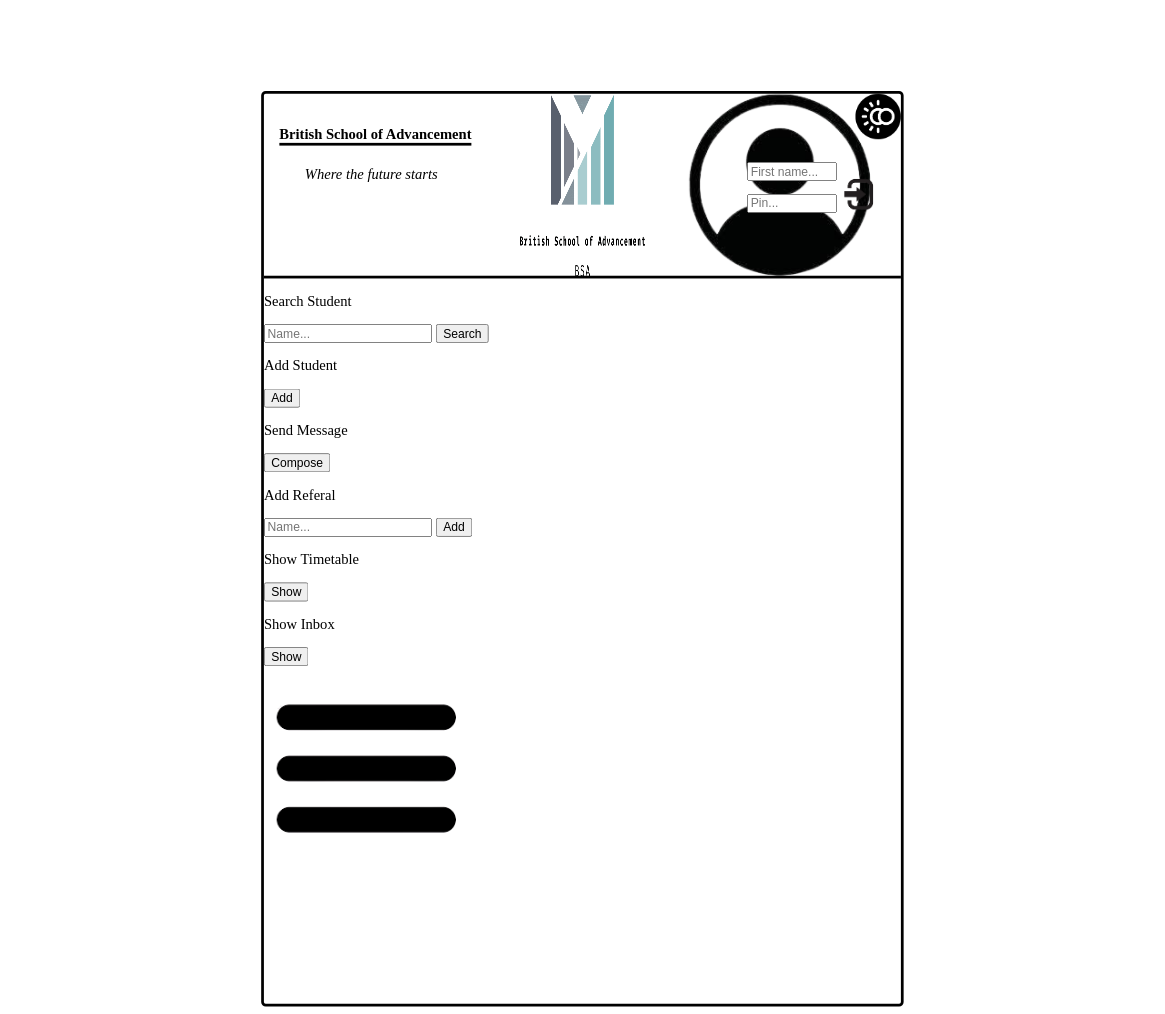
Repository: ghend99/Guardian-Application
Page: index.html
The author's editor kept a copy of each file at every save. The page is drawn from the files as they stood at one save, then again after the next save.
The browser window is 1280 px wide. The pictures show the whole page, at 91% of full size.

Above is the page before, as saved 2023-06-05 20:54:21.

### index.html
<!DOCTYPE html>
<html lang="en">
  <head>
    <meta charset="UTF-8" />
    <meta http-equiv="X-UA-Compatible" content="IE=edge" />
    <meta name="viewport" content="width=device-width, initial-scale=1.0" />
    <title>Document</title>
    <link rel="stylesheet" href="style.css" />
  </head>
  <body>
    <div id="main-container">
      <div id="header-container">
        <div id="header-container-left-section">
          <p id="header-school-name" class="page-headers">
            British School of Advancement
          </p>
          <p id="header-school-slogan" class="page-headers">
            Where the future starts
          </p>
        </div>
        <div id="header-container-middle-section">
          <img class="header-middle-section-logo" src="./images/logo.png" />
        </div>
        <div id="header-container-right-section">
          <input
            id="header-login-input-fullname"
            class="login-input-fullname login-input input"
            type="text"
            placeholder="First name..."
          />
          <input
            id="header-login-input-pin"
            class="login-input-pin login-input input"
            placeholder="Pin..."
            type="password"
          />
          <img
            id="header-login-button"
            class="login-button"
            src="./images/login-button.png"
          />
          <img class="header-dark-mode-toggle" src="./images/dark-mode.png" />
          <img class="login-modal-open" src="./images/login.png" />
        </div>
      </div>
      <div id="sidebar-container">
        <div id="sidebar-link-container1" class="sidebar-link-container">
          <p class="sidebar-link-header page-headers">Search Student</p>
          <input class="sidebar-input input" placeholder="Name..." />
          <button class="sidebar-search-button submit-button">Search</button>
        </div>
        <div id="sidebar-link-container2" class="sidebar-link-container">
          <p class="sidebar-link-header page-headers">Add Student</p>
          <button id="add-student" class="sidebar-search-button submit-button">
            Add
          </button>
        </div>
        <div id="sidebar-link-container3" class="sidebar-link-container">
          <p class="sidebar-link-header page-headers">Send Message</p>
          <button
            id="compose-message-open"
            class="sidebar-search-button submit-button"
          >
            Compose
          </button>
        </div>
        <div id="sidebar-link-container4" class="sidebar-link-container">
          <p class="sidebar-link-header page-headers">Add Referal</p>
          <input
            id="add-referal-fullname"
            class="sidebar-input input"
            placeholder="Name..."
          />
          <button id="add-referal" class="sidebar-search-button submit-button">
            Add
          </button>
        </div>
        <div id="sidebar-link-container5" class="sidebar-link-container">
          <p class="sidebar-link-header page-headers">Show Timetable</p>
          <button
            id="timetable-open"
            class="sidebar-search-button submit-button"
          >
            Show
          </button>
        </div>
        <div id="sidebar-link-container6" class="sidebar-link-container">
          <p class="sidebar-link-header page-headers">Show Inbox</p>
          <button id="inbox-open" class="sidebar-search-button submit-button">
            Show
          </button>
        </div>
      </div>

      <img class="sidebar-open" src="./images/menu.png" />
    </div>

    <script src="main.js"></script>
  </body>
</html>

### style.css
#main-container {
  position: relative;
  left: 50%;
  transform: translate(-50%);
  max-width: 50%;
  min-width: 700px;
  max-height: 1200px;
  min-height: 1000px;
  margin-top: 100px;
  border: solid;
  border-radius: 5px;
}

#header-container {
  display: grid;
  grid-template-columns: 1fr 1fr 1fr;
  grid-template-rows: 1fr;
  max-height: 200px;
  min-height: 150px;
  width: 100%;
  border-bottom: solid;
}

#header-school-name {
  position: absolute;
  top: 20px;
  left: 17px;
  font-size: clamp(1rem, 1vw, 2rem);
  font-weight: bold;
  border-bottom: solid;
}

#header-school-slogan {
  position: absolute;
  top: clamp(5%, 70px, 80px);
  left: clamp(45px, 5%, 70px);
  font-size: clamp(0.9rem, 1.5vw, 1rem);
  margin-top: 10px;
  font-style: italic;
}

#header-container-middle-section {
  display: flex;
  justify-content: center;
}

.header-middle-section-logo {
  width: 60%;
}

#header-login-input-fullname {
  position: absolute;
  top: 75px;
  width: 13%;
  right: 10%;
}

#header-login-input-pin {
  position: absolute;
  top: 110px;
  width: 13%;
  right: 10%;
}

#header-login-button {
  position: absolute;
  width: 50px;
  right: 3%;
  top: 85px;
}

.header-dark-mode-toggle {
  position: absolute;
  width: 50px;
  top: 0;
  right: 0;
  cursor: pointer;
}

Loaded but not shown: main.js (no stored copy; drawn as an empty file)

After the next save:
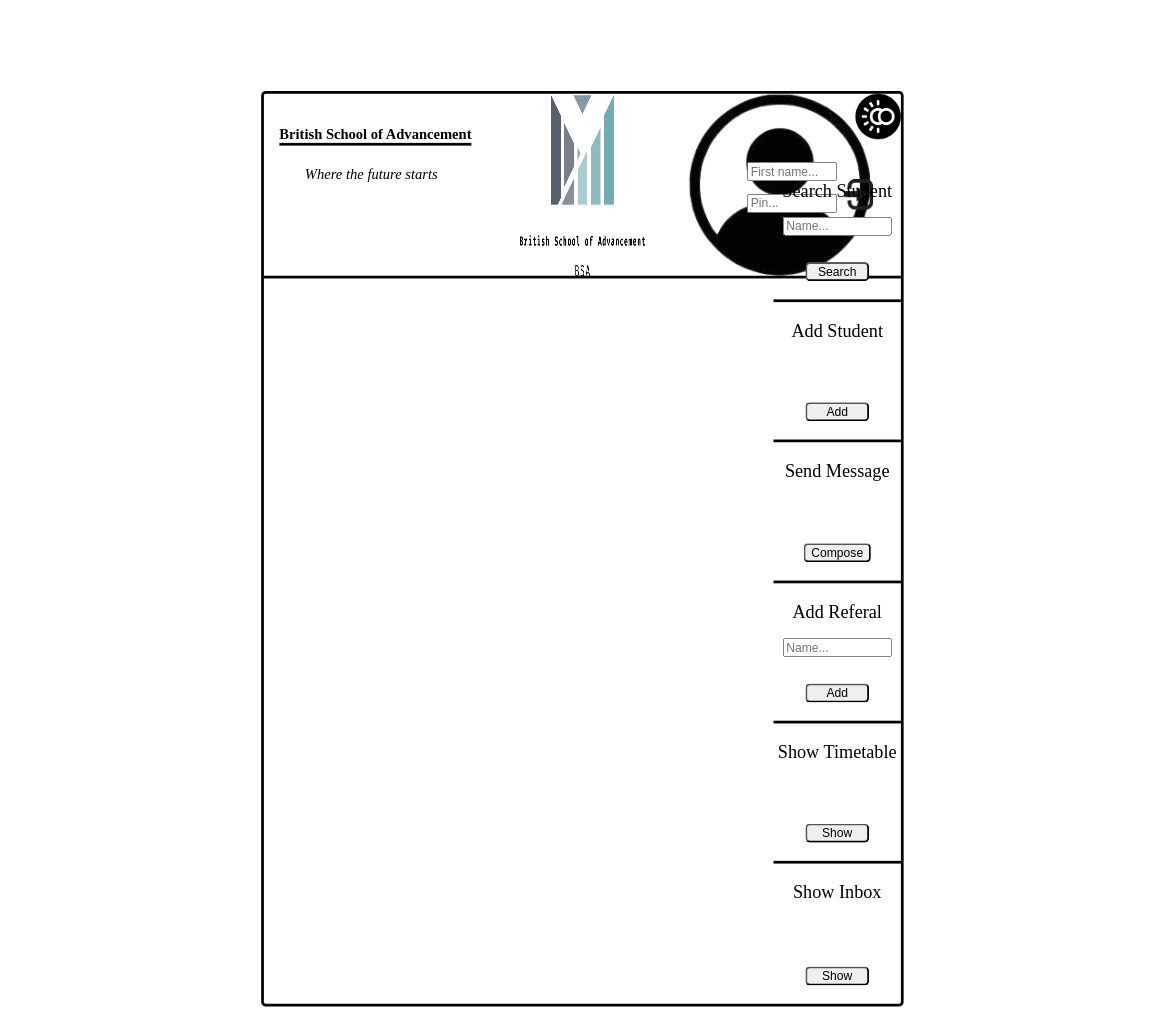
Saved 43 s later.
--- a/style.css
+++ b/style.css
@@ -76,3 +76,58 @@
   right: 0;
   cursor: pointer;
 }
+
+#sidebar-container {
+  position: absolute;
+  display: grid;
+  grid-template-columns: 1fr;
+  grid-template-rows: 1fr 1fr 1fr 1fr 1fr 1fr;
+  right: 0;
+  bottom: 0;
+  max-width: 30%;
+  min-width: 20%;
+  max-height: 1000px;
+  min-height: 925px;
+}
+
+#sidebar-link-container1 {
+  justify-content: center;
+}
+
+#sidebar-link-container6 {
+  border-bottom: none;
+}
+
+.sidebar-link-container {
+  position: relative;
+  display: flex;
+  justify-content: center;
+  border-bottom: solid;
+}
+
+.sidebar-link-header {
+  position: absolute;
+  font-size: 20px;
+}
+
+.sidebar-input {
+  position: absolute;
+  margin-top: 60px;
+  width: 80%;
+}
+
+.sidebar-search-button {
+  position: absolute;
+  max-width: 75%;
+  min-width: 70px;
+  bottom: 20px;
+  border-radius: 5px;
+}
+
+.sidebar-open {
+  position: absolute;
+  width: 50px;
+  right: 0;
+  top: 155px;
+  display: none;
+}
